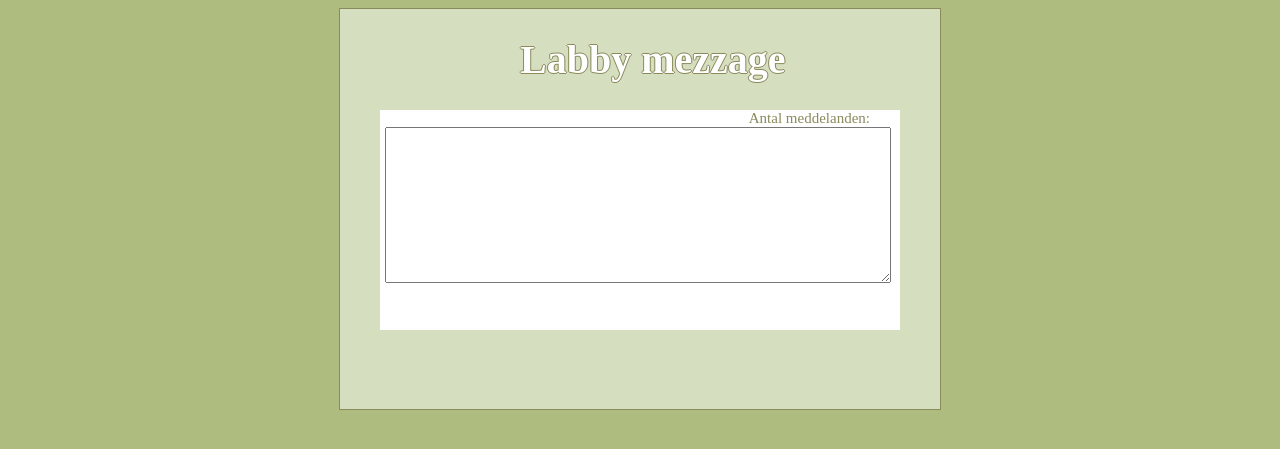
Repository: JuliaSivartsson/1dv403-jsigc09-laborationer
Page: 2-labbymezzage/index.html
The author's editor kept a record of every edit. The page is drawn from the files as they stood at one moment, then again after the next edit.
The browser window is 1280 px wide. The pictures show the whole page.

Above is the page before.
Console error: TypeError: Cannot read properties of undefined (reading 'getText')

After the next edit:
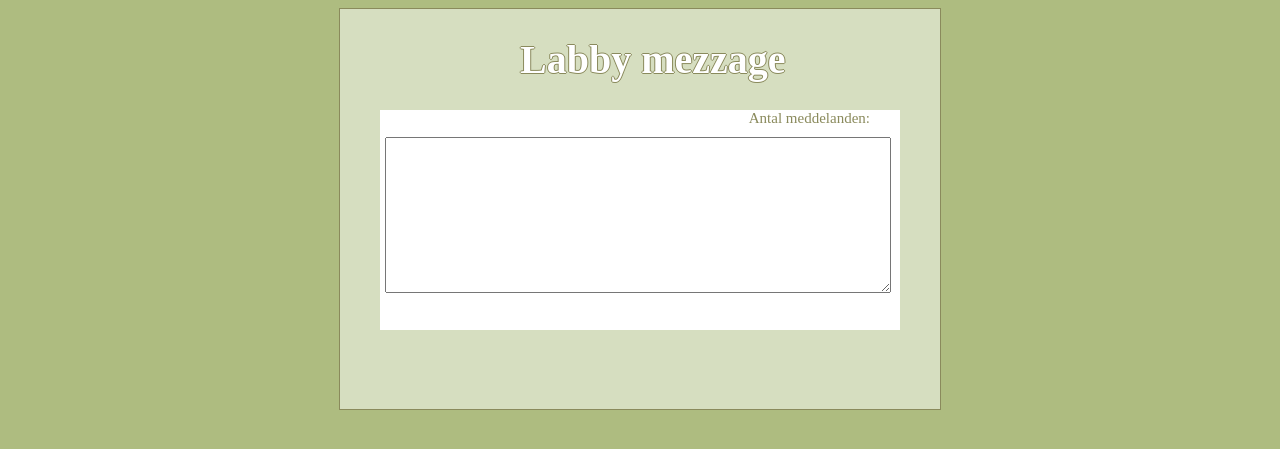
The edit:
--- a/2-labbymezzage/css/style.css
+++ b/2-labbymezzage/css/style.css
@@ -33,7 +33,7 @@
 }
 
 textarea{
-    margin: 0 5px 5px;
+    margin: 10px 5px 5px;
     width: 500px;
     height: 150px;
 }
